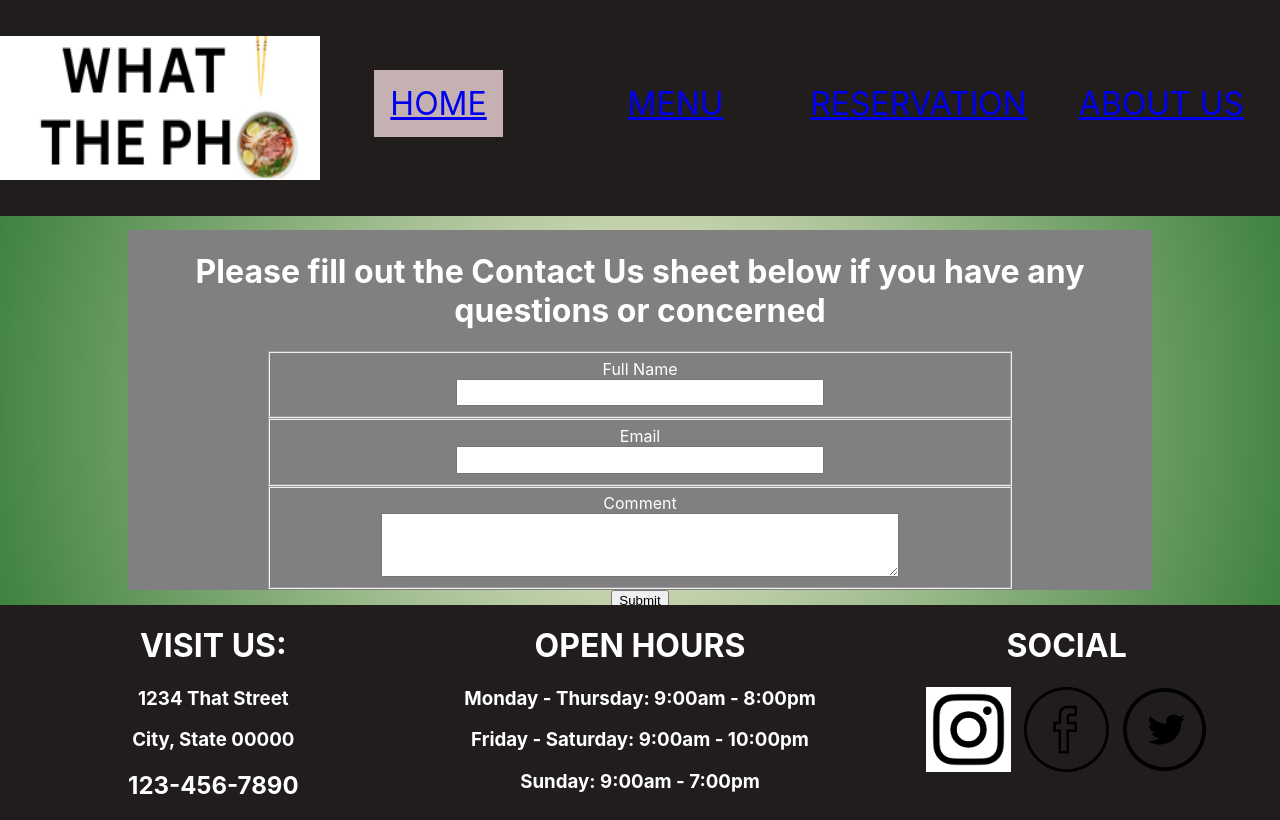
Repository: NguyenkhDang/Restaurant-Website
Page: /contactUs
These files come from the project's save history. The page is drawn as it stood at one moment and after the next save; the edit follows.
The browser window is 1280 px wide. The pictures show the whole page.
The pointer rests on the first visible `li a`.
The project was rebuilt for these pictures with package versions that can differ from the ones it lists, and the page was loaded fresh each time. Also part of the build but not shown: src/CSS/Readmore.css, src/Readmore.js, src/CSS/SectionContainer.css, src/SectionContainer.js, src/CSS/Home.css, src/Pages/HomePage.js, src/Pages/MenuPage.js, src/CSS/ReservationForm.css and 4 more.

Above is the page before, as saved 2026-01-18 21:54:51.

After the next save:
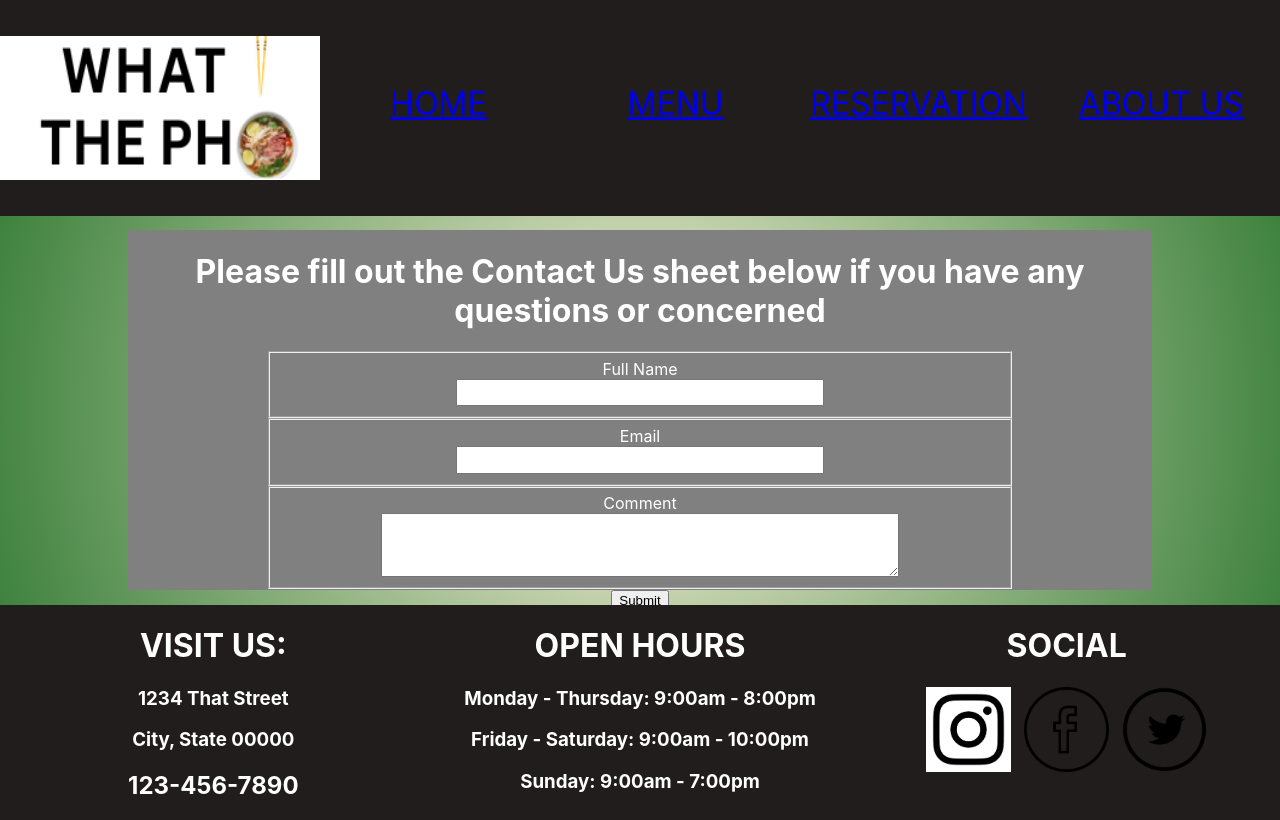
Saved 9 s later.
--- a/src/CSS/NavigationBar.css
+++ b/src/CSS/NavigationBar.css
@@ -63,6 +63,3 @@ li a{
   width: 100%;
 
 }
-li a:hover{
-  background-color: #c5b1b1;
-}
